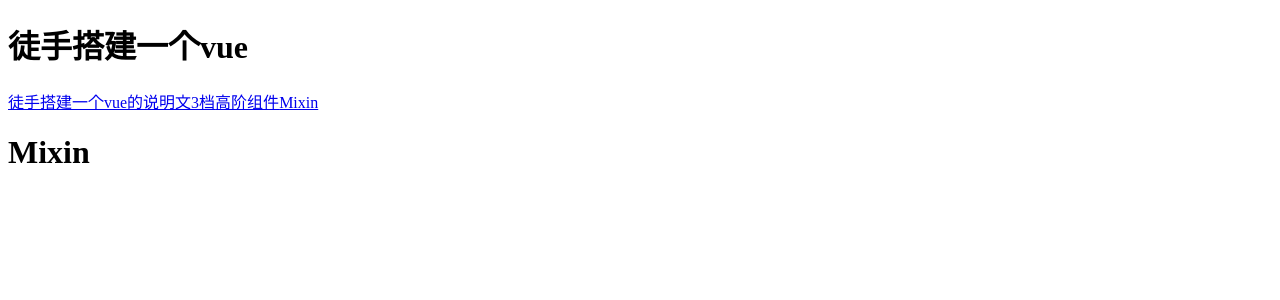
Repository: yuWhy/vue-build-cli
Page: /#/mixinDome
An editor plug-in stored every save of this project. The page is shown before and after the next save, followed by the edit.
The browser window is 1280 px wide. The pictures show the whole page.
The project was rebuilt for these pictures with package versions that can differ from the ones it lists, and the page was loaded fresh each time. Also part of the build but not shown: webpack.config.js, src/router/index.js.

Above is the page before, as saved 2021-02-22 15:33:52.

After the next save:
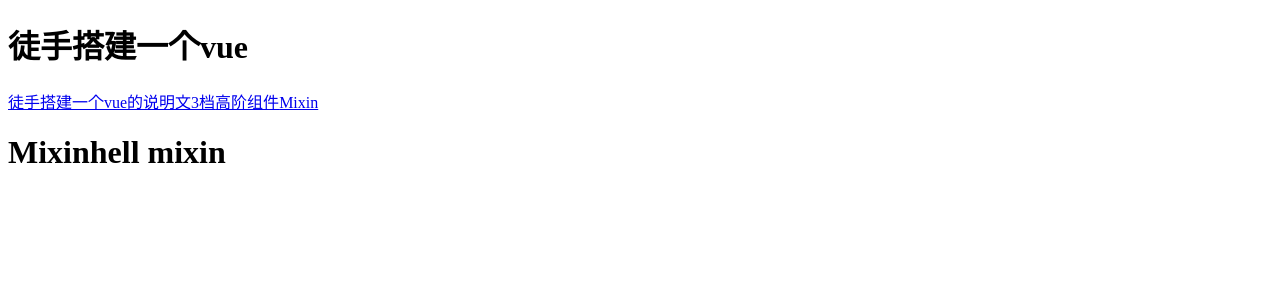
Saved 11 s later.
--- a/src/pages/MixinDome/index.vue
+++ b/src/pages/MixinDome/index.vue
@@ -1,6 +1,6 @@
 <template>
   <div>
-    <h1>Mixin</h1>
+    <h1>Mixin{{msg}}</h1>
   </div>
 </template>
 
